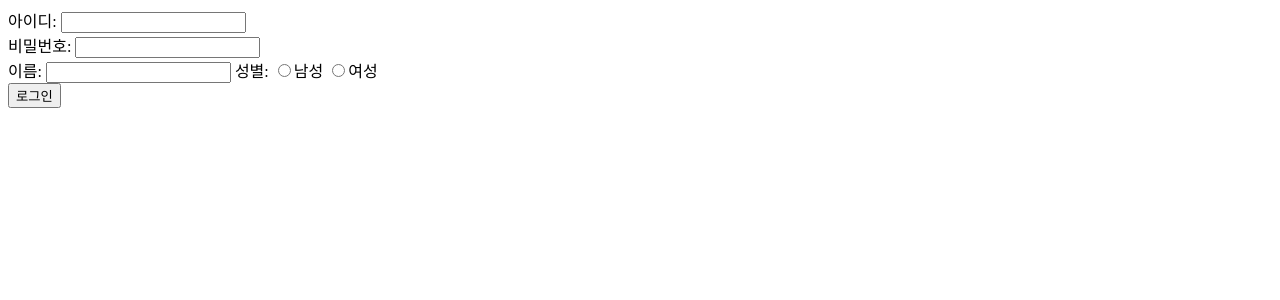
Repository: arsene-03/WorkSpace-jsp
Page: ex02/WebContent/Login.html
The author's editor kept a copy of each file at every save. The page is drawn from the files as they stood at one save, then again after the next save.
The browser window is 1280 px wide. The pictures show the whole page.

Above is the page before, as saved 2021-06-07 06:35:39.

### ex02/WebContent/Login.html
<!DOCTYPE html>
<html>
<head>
<meta charset="UTF-8">
<title>Insert title here</title>
</head>
<body>
	<form action="LoginAction" method="GET">
	아이디: <input type="text" name="userid"> <br>
	비밀번호: <input type="password" name="userpassword"> <br>
	이름: <input type="text" name="username">
	성별: <input type="radio" name="gender" value="male">남성
	<input type="radio" name="gender" value="female">여성 <br>
	<input type="submit" value="로그인">
	</form>
</body>
</html>

After the next save:
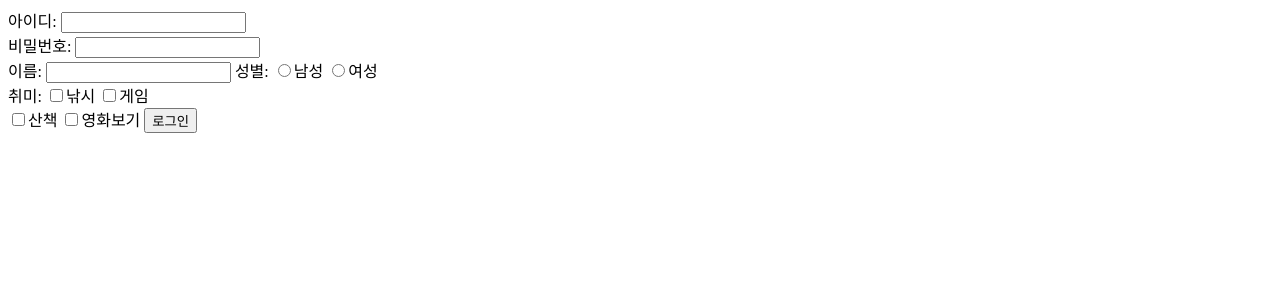
Saved 99 s later.
--- a/ex02/WebContent/Login.html
+++ b/ex02/WebContent/Login.html
@@ -11,6 +11,11 @@
 	이름: <input type="text" name="username">
 	성별: <input type="radio" name="gender" value="male">남성
 	<input type="radio" name="gender" value="female">여성 <br>
+	취미: <input type="checkbox" name="hobby">낚시
+	<input type="checkbox" name="hobby">게임 <br>
+	<input type="checkbox" name="hobby">산책
+	<input type="checkbox" name="hobby">영화보기
+
 	<input type="submit" value="로그인">
 	</form>
 </body>
